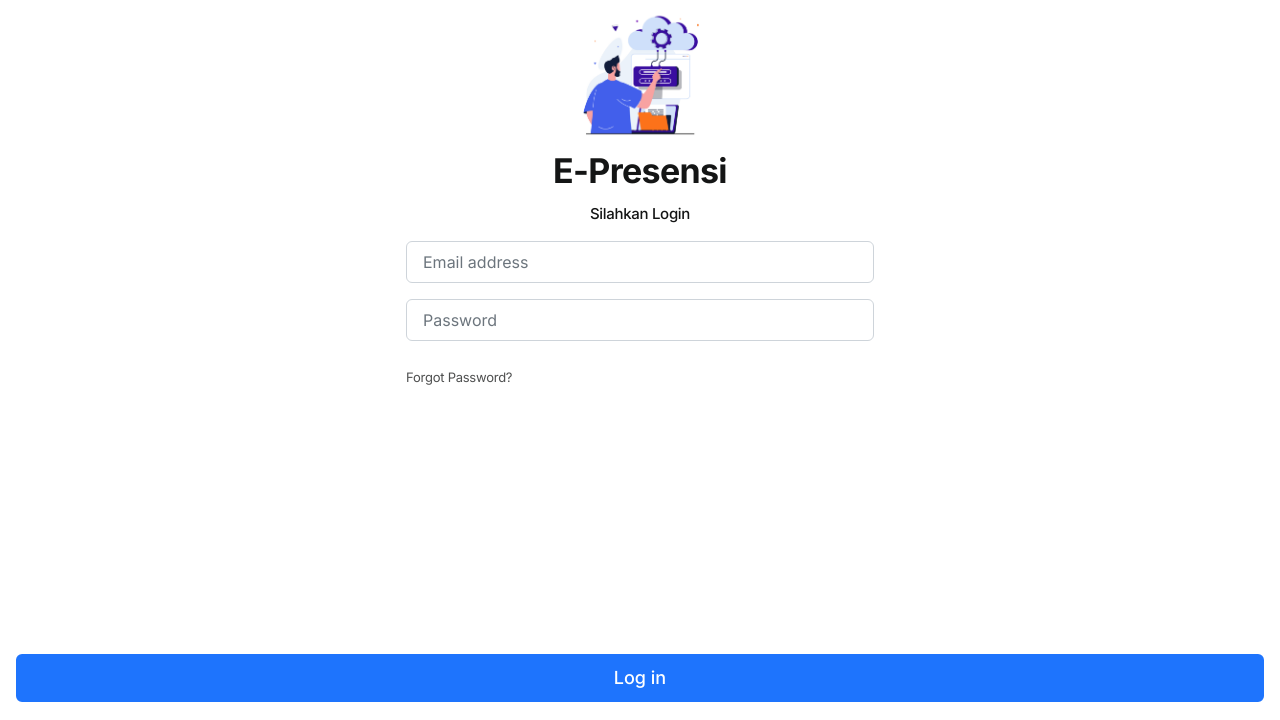
Repository: ryanmlnaa/TA-SEM4
Page: http://localhost/
The author's editor kept a copy of each file at every save. The page is drawn from the files as they stood at one save, then again after the next save.
The browser window is 1280 px wide. The pictures show the whole page.
Some web libraries are served in a nearby version. The page is served by the project's Laravel application, run on PHP 8.4 with Laravel 9. Other server files are loaded and not shown.

Above is the page before, as saved 2025-02-15 16:43:54.

### routes/web.php
<?php

use Illuminate\Support\Facades\Route;

/*
|--------------------------------------------------------------------------
| Web Routes
|--------------------------------------------------------------------------
|
| Here is where you can register web routes for your application. These
| routes are loaded by the RouteServiceProvider within a group which
| contains the "web" middleware group. Now create something great!
|
*/

Route::get('/', function () {
    return view('auth.login');
});

### resources/views/auth/login.blade.php
<!doctype html>
<html lang="en">

<head>
    <meta http-equiv="Content-Type" content="text/html; charset=utf-8" />
    <meta name="viewport"
        content="width=device-width, initial-scale=1, minimum-scale=1, maximum-scale=1, viewport-fit=cover" />
    <meta name="apple-mobile-web-app-capable" content="yes" />
    <meta name="apple-mobile-web-app-status-bar-style" content="black-translucent">
    <meta name="theme-color" content="#000000">
    <title>E-Presensi Geolocation</title>
    <meta name="description" content="Mobilekit HTML Mobile UI Kit">
    <meta name="keywords" content="bootstrap 4, mobile template, cordova, phonegap, mobile, html" />
    <link rel="icon" type="image/png" href="{{ asset('assets/img/favicon.png')}}" sizes="32x32">
    <link rel="apple-touch-icon" sizes="180x180" href="{{ asset('assets/img/icon/192x192.png')}}">
    <link rel="stylesheet" href="{{ asset('assets/css/style.css') }}">
    <link rel="manifest" href="__manifest.json">
</head>

<body class="bg-white">

    <!-- loader -->
    <div id="loader">
        <div class="spinner-border text-primary" role="status"></div>
    </div>
    <!-- * loader -->


    <!-- App Capsule -->
    <div id="appCapsule" class="pt-0">

        <div class="login-form mt-1">
            <div class="section">
                <img src="{{ asset('assets/img/login/login.jpg')}}" alt="image" class="form-image">
            </div>
            <div class="section mt-1">
                <h1>E-Presensi</h1>
                <h4>Silahkan Login</h4>
            </div>
            <div class="section mt-1 mb-5">
                <form action="app-pages.html">
                    <div class="form-group boxed">
                        <div class="input-wrapper">
                            <input type="email" class="form-control" id="email1" placeholder="Email address">
                            <i class="clear-input">
                                <ion-icon name="close-circle"></ion-icon>
                            </i>
                        </div>
                    </div>

                    <div class="form-group boxed">
                        <div class="input-wrapper">
                            <input type="password" class="form-control" id="password1" placeholder="Password">
                            <i class="clear-input">
                                <ion-icon name="close-circle"></ion-icon>
                            </i>
                        </div>
                    </div>

                    <div class="form-links mt-2">
                        <div><a href="page-forgot-password.html" class="text-muted">Forgot Password?</a></div>
                    </div>

                    <div class="form-button-group">
                        <button type="submit" class="btn btn-primary btn-block btn-lg">Log in</button>
                    </div>

                </form>
            </div>
        </div>


    </div>
    <!-- * App Capsule -->



    <!-- ///////////// Js Files ////////////////////  -->
    <!-- Jquery -->
    <script src="{{ asset('assets/js/lib/jquery-3.4.1.min.js')}}"></script>
    <!-- Bootstrap-->
    <script src="{{ asset('assets/js/lib/popper.min.js') }}"></script>
    <script src="{{ asset('assets/js/lib/bootstrap.min.js')}}"></script>
    <!-- Ionicons -->
    <script type="module" src="https://unpkg.com/ionicons@5.0.0/dist/ionicons/ionicons.js"></script>
    <!-- Owl Carousel -->
    <script src="{{ asset('assets/js/plugins/owl-carousel/owl.carousel.min.js')}}"></script>
    <!-- jQuery Circle Progress -->
    <script src="{{ asset('assets/js/plugins/jquery-circle-progress/circle-progress.min.js')}}"></script>
    <!-- Base Js File -->
    <script src="{{ asset('assets/js/base.js') }}"></script>


</body>

</html>

Loaded but not shown: public/assets/js/lib/jquery-3.4.1.min.js (library); public/assets/css/inc/bootstrap/bootstrap.min.css (library); public/assets/css/inc/owl-carousel/owl.carousel.min.css (library); public/assets/css/inc/owl-carousel/owl.theme.default.css (common file); public/assets/js/lib/popper.min.js (library); public/assets/js/lib/bootstrap.min.js (library); public/assets/js/plugins/owl-carousel/owl.carousel.min.js (library); public/assets/js/plugins/jquery-circle-progress/circle-progress.min.js (library); public/assets/js/base.js (527 lines, source omitted); public/assets/css/style.css (8086 lines, source omitted)

After the next save:
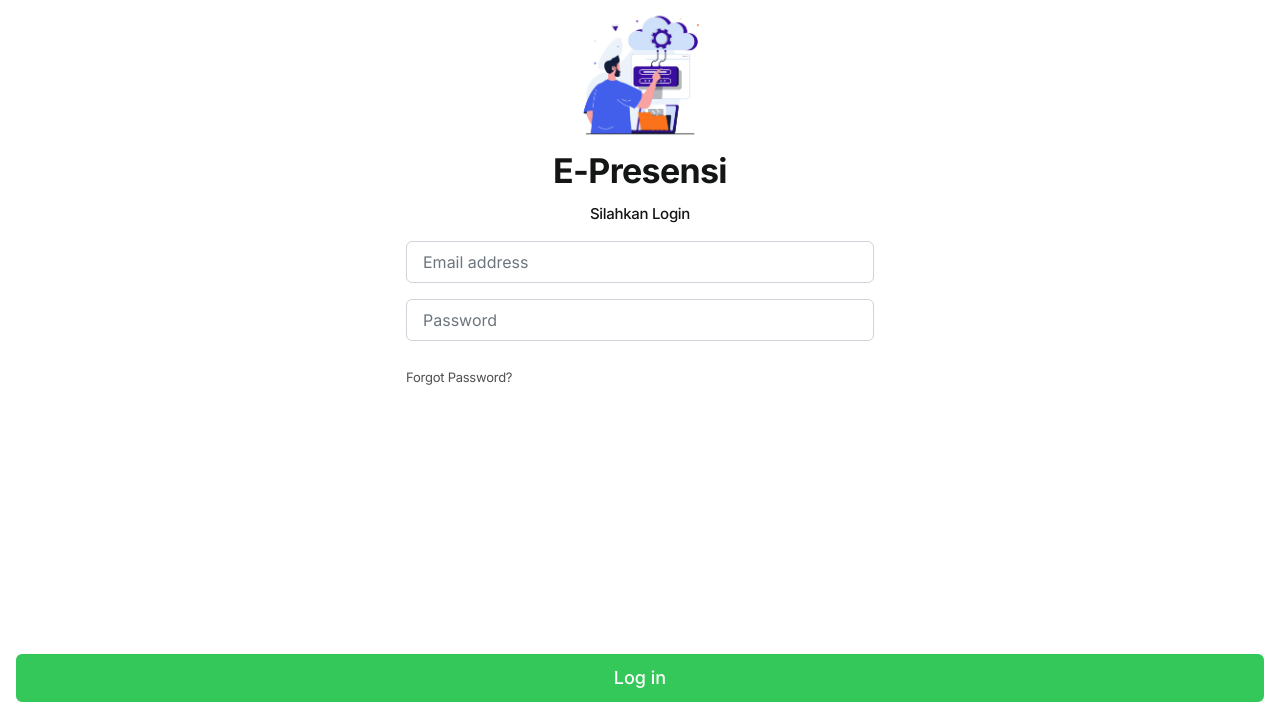
Saved 32 s later.
--- a/resources/views/auth/login.blade.php
+++ b/resources/views/auth/login.blade.php
@@ -62,7 +62,7 @@
                     </div>
 
                     <div class="form-button-group">
-                        <button type="submit" class="btn btn-primary btn-block btn-lg">Log in</button>
+                        <button type="submit" class="btn btn-success btn-block btn-lg">Log in</button>
                     </div>
 
                 </form>
